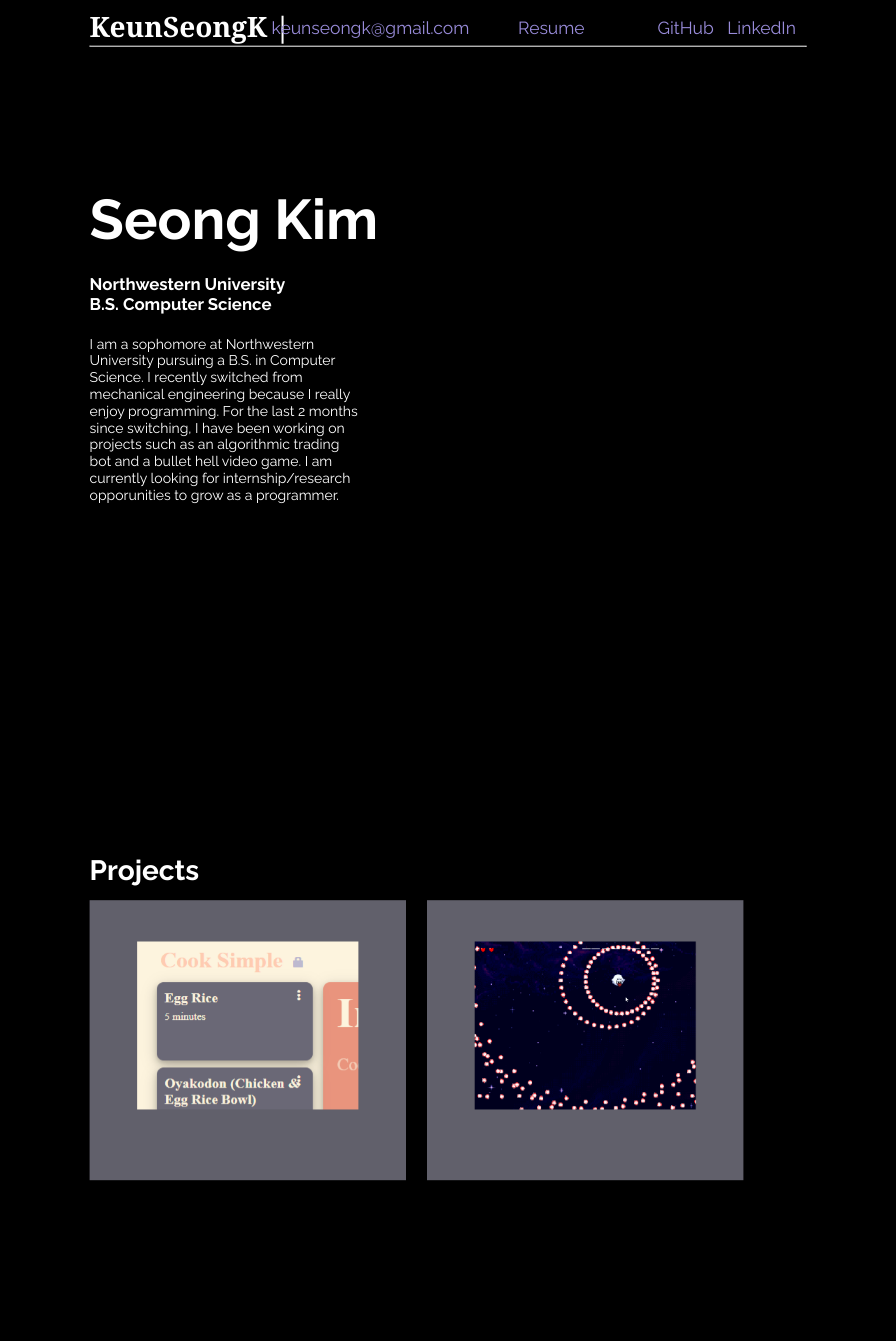
Repository: oqueuo/personal-site
Page: index.html
An editor plug-in stored every save of this project. The page is shown before and after the next save, followed by the edit.
The browser window is 1280 px wide. The pictures show the whole page, at 70% of full size.

Above is the page before, as saved 2020-09-21 16:34:18.

### index.html
<!-- Accountability, Balance, Trustworthiness -->
<!DOCTYPE html>
<html lang="en">
  <head>
    <meta charset="UTF-8">
    <meta name="viewport" content="width=device-width, initial-scale=1.0">
    <title>Seong Kim</title>
    <link rel="stylesheet" href="styles.css">
    <script src="scripts.js"></script>
  </head>

  <body>
    <main>
      <header>
        <h1 id="navbar-brand"><a href="index.html" class="navbar-brand">KeunSeongK |</a></h1>
        <a id="email" href = "mailto: abc@example.com">keunseongk@gmail.com</a>
        <ul>
          <li class="navbar-item"><a class="nav-link" href=#about></a></li>
          <li class="navbar-item" style="padding-right:100px;"><a class="nav-link" href="resume.html">Resume</a></li>
          <li class="navbar-item"><a class="nav-link" href="https://github.com/oqueuo">GitHub</a></li>
          <li class="navbar-item"><a class="nav-link" href="https://www.linkedin.com/in/seong-kim-a0a989160/">LinkedIn</a></li>
        </ul>

      </header>
      <section id="horizontal-line"></section>
        <hr>
      </section>
      <!-- About me -->
      <section id="about">

        <div id="about-text">
          <h1>Seong Kim</h1>
          <h2>Northwestern University<br>B.S. Computer Science</h2>
          <p>I am a sophomore at Northwestern University pursuing
            a B.S. in Computer Science. I recently switched from mechanical engineering
            because I really enjoy programming. For the last 2 months since switching,
            I have been working on projects such as an algorithmic trading bot and a
            bullet hell video game. I am currently looking for internship/research
            opporunities to grow as a programmer.
          </p>
        </div>
      </section>

      <h1 id="projects-header">Projects</h1>

      <!-- Projects: Filled in with JS template -->
      <section id="projects">
      </section>

    </main>
  </body>
  <script>
    render_projects(projects, "#projects");
  </script>
</html>

### styles.css
@import url('https://fonts.googleapis.com/css2?family=Raleway:ital,wght@0,100;0,200;0,300;0,400;0,500;0,600;0,700;0,800;0,900;1,100;1,200;1,300;1,400;1,500;1,600;1,700;1,800;1,900&display=swap');
/* Global styles
------------------------------------*/
* {
    /* Remove Chrome default margins */
    margin: 0 !important;
    font-family: 'Raleway', sans-serif;
}
body {
    background: black;
    display: flex;
    justify-content: center;
}
main {
    position: relative;
    width: 80vw;
    display: block;
    /* background: saddlebrown; */
    margin-left: auto;
    margin-right: auto;
}


/* NAVBAR */
header {
    color: white;
    padding-top: 10px;
    position: relative;
    width: inherit;
}
header>a {
    position: absolute;
    font-size: 25px;
    left: 260px;
    top: 25px;
}
header ul {
    position: absolute;
    top: 25px;
    right: 0px;
}
#navbar-brand {

}
.navbar-brand {
    text-decoration: none;
    font-size: 40px !important;
    color: white;
    font-family: Cambria, Cochin, Georgia, Times, 'Times New Roman', serif !important;
}

.navbar-item {
    display: inline;
    font-size: 25px;
    padding-right: 15px;
}
ul a, #email, .more-info-on-github {
    text-decoration: none;
    color: rgb(153, 140, 218);
}

ul a:hover, #email:hover, .more-info-on-github:hover {
    opacity: 0.8;
}
ul a:active, #email:active, .more-info-on-github:active {
    opacity: 0.7;
}
#horizontal-line {
    width: 100vw;
    left: 0;
}


/* ABOUT */
#about {
    color: white;
    margin-top: 200px !important;
    /* background: royalblue; */
}
#about-text h1 {
    font-family: 'Raleway', sans-serif;
    font-size: 80px;
}
#about-text h2 {
    margin-top: 30px !important;
}
#about p {
    margin-top: 30px !important;
    max-width: 30vw;
    font-size: 20px;
}


/* Projects */
#projects {
    margin-top: 20px !important;
    color: white;
    display: flex;
    flex-direction: row;
    flex-wrap: wrap;
    margin-bottom: 200px !important;
    flex: 2;
}
#projects-header {
    font-size: 40px;
    color: white;
    margin-top: 500px !important;
}

.project-card {
    width: calc(50% - 60px);
    margin-bottom: 30px !important;
    margin-right: 30px !important;
    height: 400px;
    background: rgb(97, 96, 107);;
    position: relative;
}
.project-card-content {
    width: 70%;
    height: 60%;
    position: absolute;
    background-size: auto;
    margin: 13% 15% !important;

    transition: .5s ease;
    backface-visibility: hidden;
}

.project-overlay {
    transition: .5s ease;
    opacity: 0;
    position: absolute;
    top: 50%;
    left: 50%;
    transform: translate(-50%, -50%);
    -ms-transform: translate(-50%, -50%);
}
.project-card:hover .project-card-content {
    opacity: 0.2;
}

.project-card:hover .project-overlay {
opacity: 1;
}


/* Resume */
.resume {
    margin-top: 200px !important;
    background-image: url(backgrounds/resume330.png);
    height: 1000px;
    width: 63%;
}

### scripts.js
var projects = [
    {
        title: "Cook Simple",
        description: "A minimalist recipe storage app for computers and mobile devices.",
        cover: "backgrounds/cook-simple.png"
    },
    {
        title: "Boollet Hell",
        description: "A Bullet Hell shooter game. Inspired by popular bullet hell shooters from Japan",
        cover: "backgrounds/boollet-hell.png"
    }
]
let more_info_on_my_github = "More info on <a class='more-info-on-github' href='https://github.com/oqueuo'>GitHub</a>"


function render_projects(projects, projects_id) {
    let project_case = document.querySelector(projects_id);
    if (project_case) {
        if (projects instanceof Array) {
            for (let project of projects) {
                let template = `
                <div class="project-card-content" style="background-image: url(${project.cover});"></div>
                <div class="project-overlay">
                    <p>${project.description}<br><br></p>
                    ${more_info_on_my_github}
                </div>`;

                let container = document.createElement("div");
                container.className = "project-card";

                container.innerHTML = template;
                project_case.append(container);
            }
        }
    }
}

const show_project_info = (el) => {

}

After the next save:
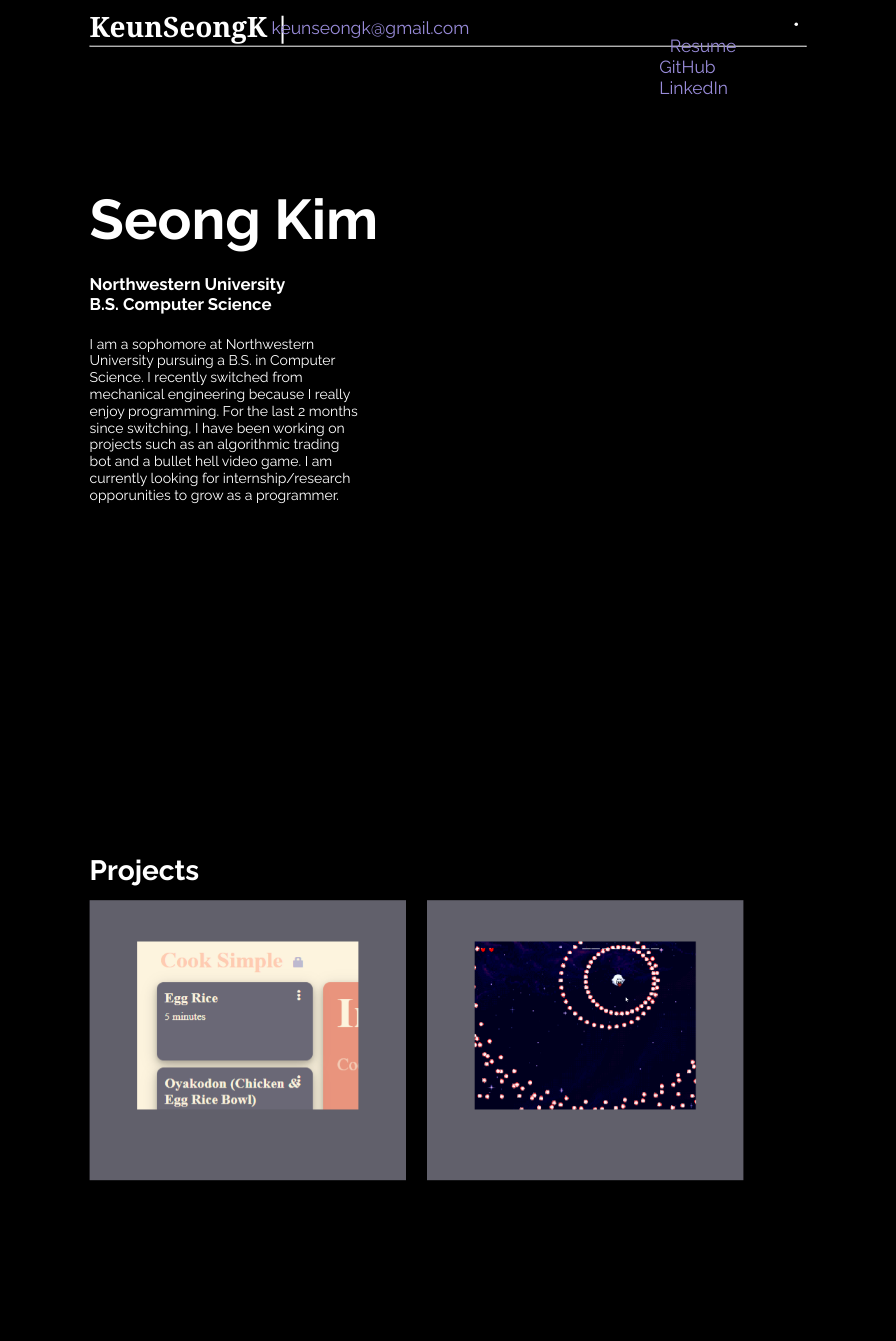
Saved 3 min 34 s later.
--- a/index.html
+++ b/index.html
@@ -15,10 +15,14 @@
         <h1 id="navbar-brand"><a href="index.html" class="navbar-brand">KeunSeongK |</a></h1>
         <a id="email" href = "mailto: abc@example.com">keunseongk@gmail.com</a>
         <ul>
-          <li class="navbar-item"><a class="nav-link" href=#about></a></li>
-          <li class="navbar-item" style="padding-right:100px;"><a class="nav-link" href="resume.html">Resume</a></li>
-          <li class="navbar-item"><a class="nav-link" href="https://github.com/oqueuo">GitHub</a></li>
-          <li class="navbar-item"><a class="nav-link" href="https://www.linkedin.com/in/seong-kim-a0a989160/">LinkedIn</a></li>
+          <li><span class="glyphicon glyphicon-optional-vertical three-vertical-dots"></span>
+            <ul>
+              <li class="navbar-item"><a class="nav-link" href=#about></a></li>
+              <li class="navbar-item" style="padding-right:100px;"><a class="nav-link" href="resume.html">Resume</a></li>
+              <li class="navbar-item"><a class="nav-link" href="https://github.com/oqueuo">GitHub</a></li>
+              <li class="navbar-item"><a class="nav-link" href="https://www.linkedin.com/in/seong-kim-a0a989160/">LinkedIn</a></li>
+            </ul>
+          </li>
         </ul>
 
       </header>
